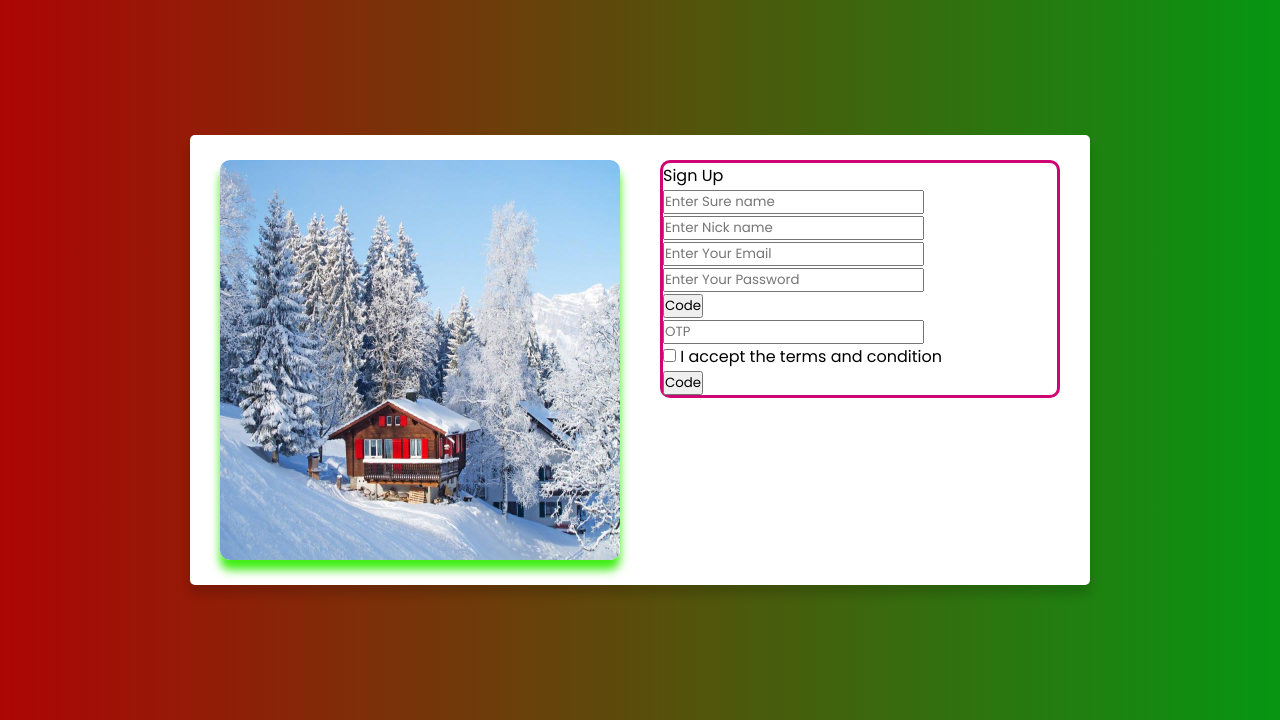
Repository: dev-ashik/Halloween
Page: Reg Page/Index.html
The author's editor kept a copy of each file at every save. The page is drawn from the files as they stood at one save, then again after the next save.
The browser window is 1280 px wide. The pictures show the whole page.

Above is the page before, as saved 2021-12-21 21:58:14.

### Reg Page/Index.html
<!DOCTYPE html>
<html lang="en">

<head>
    <meta charset="UTF-8">
    <meta http-equiv="X-UA-Compatible" content="IE=edge">
    <meta name="viewport" content="width=device-width, initial-scale=1.0">
    <title>Regristration page</title>
    <link rel="stylesheet" href="CSS/main.css">
</head>

<body>
    <div class="con">
        <div class="bann">
            <img src="IMG/banner.jpg" alt="">
        </div>
        <div class="form">
            <form action="#">
                <div class="title">Sign Up</div>
                <div class="name">
                    <input type="text" placeholder="Enter Sure name" id="fn" required>
                    <input type="text" placeholder="Enter Nick name" id="ln" required>
                    <div class="underline"></div>
                </div>
                <div class="box underline">
                    <input type="text" placeholder="Enter Your Email" id="mail" required>
                    <div class="underline"></div>
                    <!--Email Field with velidation-->
                </div>
                <div class="box">
                    <input type="password" placeholder="Enter Your Password" id="pwd" required>
                    <div class="underline"></div>
                    <!--Password Field with velidation-->
                </div>
                <div class="box button">
                    <button onclick="vercod()" id="vc">Code</button>
                    <!--Code form-->
                </div>
                <div class="box">
                    <input type="text" placeholder="OTP" id="otp" required>
                    <div class="underline"></div>
                    <!--Security Code with velidation-->
                </div>
                <div class="Agreement">
                    <input type="checkbox" id="cb" value="Agree">
                    <label for="Agree">I accept the terms and condition</label>
                    <!--Agreement box-->
                </div>
                <div class="box button">
                    <button onclick="sub()">Code</button>
                </div>
            </form>
        </div>
    </div>
</body>
<script src="JS/main.js"></script>

</html>

### Reg Page/CSS/main.css
@import url('https://fonts.googleapis.com/css2?family=Poppins:wght@200;300;400;500;600;700&display=swap');
@import url('https://fonts.googleapis.com/css2?family=Poppins:wght@200;300;400;500;600;700&display=swap');
* {
    margin: 0;
    padding: 0;
    box-sizing: border-box;
    font-family: 'Poppins', sans-serif;
}

html,
body {
    display: grid;
    height: 100vh;
    width: 100%;
    place-items: center;
    background: linear-gradient(to right, #ad0505 0%, #069612 100%);
}

::selection {
    background: #ff80bf;
}

.con {
    background: #fff;
    max-width: 900px;
    width: 100%;
    padding: 25px 30px;
    border-radius: 5px;
    box-shadow: 0 10px 10px rgba(0, 0, 0, 0.15);
}

.con .bann img {
    float: left;
    width: 400px;
    height: 400px;
    border-radius: 10px;
    box-shadow: 0 10px 10px #40ee14;
}

.con .form {
    float: right;
    border: 3px solid rgb(206, 5, 115);
    border-radius: 10px;
    max-width: 400px;
    width: 100%;
}

Loaded but not shown: Reg Page/JS/main.js (no stored copy; drawn as an empty file)

After the next save:
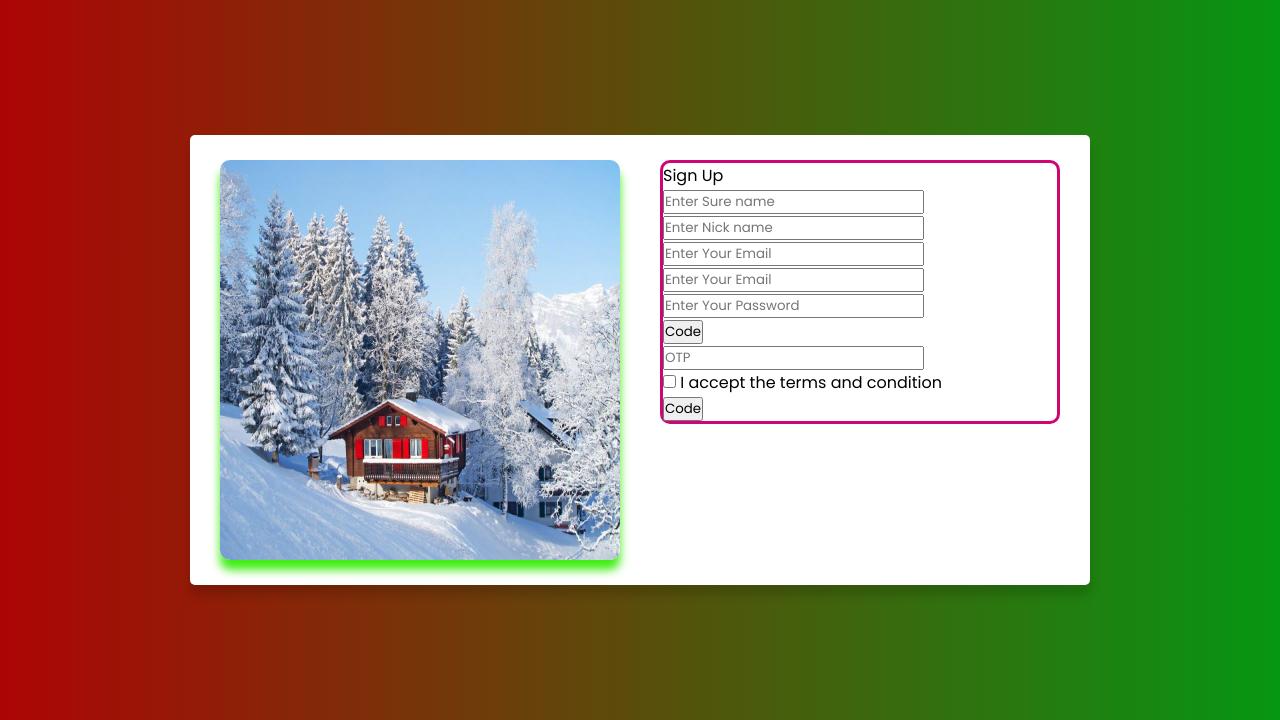
Saved 44 s later.
--- a/Reg Page/Index.html
+++ b/Reg Page/Index.html
@@ -24,6 +24,7 @@
                 </div>
                 <div class="box underline">
                     <input type="text" placeholder="Enter Your Email" id="mail" required>
+                    <input type="text" placeholder="Enter Your Email" id="number" required>
                     <div class="underline"></div>
                     <!--Email Field with velidation-->
                 </div>
